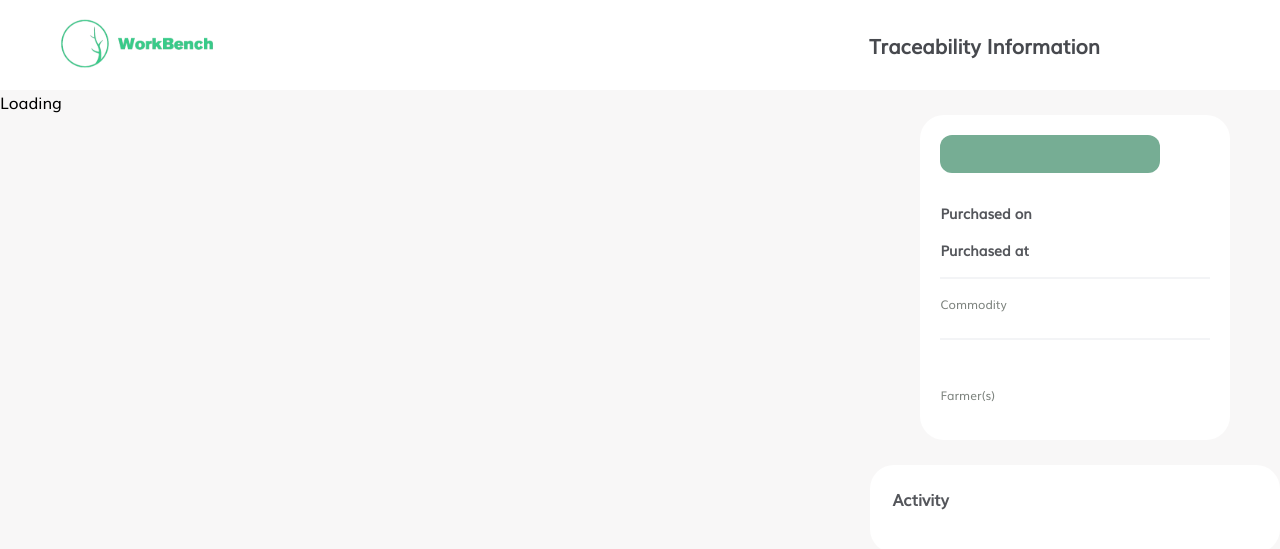
Repository: Hamezry/Traceability-Page
Page: /
An editor plug-in stored every save of this project. The page is shown before and after the next save, followed by the edit.
The browser window is 1280 px wide. The pictures show the whole page.
The page's requests for data from a server got no answer. The project was rebuilt for these pictures with package versions that can differ from the ones it lists, and the page was loaded fresh each time. No one was signed in, and anything a server would have sent is missing.

Above is the page before, as saved 2022-09-18 08:44:25.

After the next save:
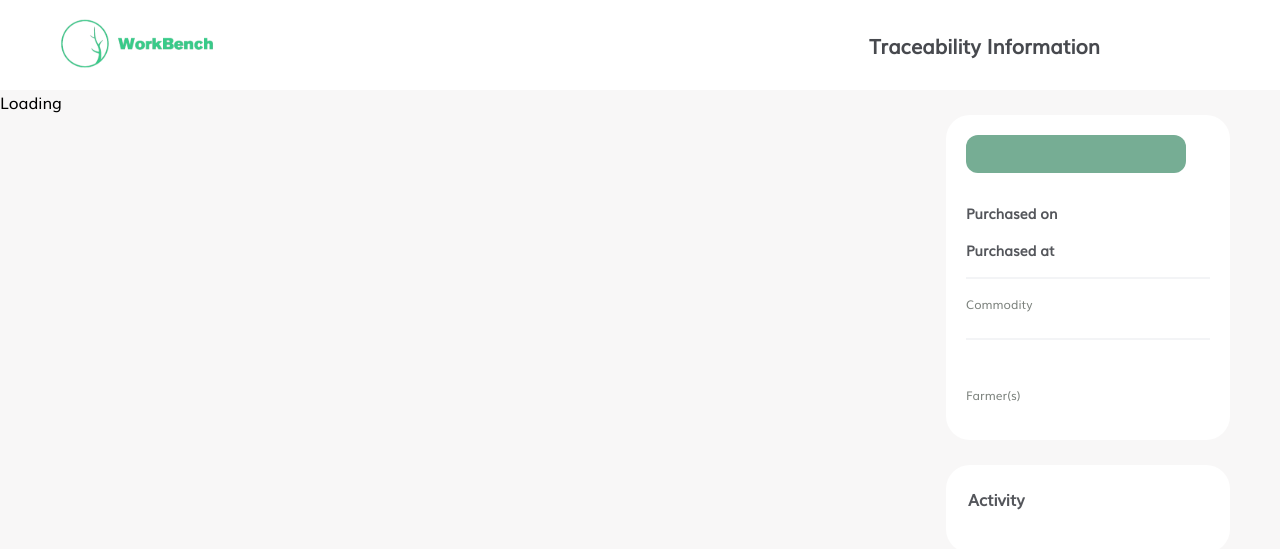
Saved 30 s later.
--- a/src/components/Information.js
+++ b/src/components/Information.js
@@ -24,7 +24,7 @@ function Information() {
 
 
     return (
-        <div className='lg:h-full  lg:w-[32%] font-muli lg:overflow-y-auto'>
+        <div className='lg:h-full  lg:w-[30%] font-muli lg:overflow-y-auto'>
 
             <div id="TQC" className=" z-10  top-0 flex lg:flex  flex-col px-[50px]">
 
@@ -73,7 +73,7 @@ function Information() {
 
 
 
-            <div id="Activity" className=" top-0 flex lg:flex flex-shrink-0 flex-col px-[px]">
+            <div id="Activity" className=" top-0 flex lg:flex flex-shrink-0 flex-col px-[50px]">
 
                 <div className="flex-1 flex bg-white lg:w-[100%] lg:mx-auto mt-[25px] mb-5 flex-col  h-[900px] p-[22px] rounded-3xl ">
 
